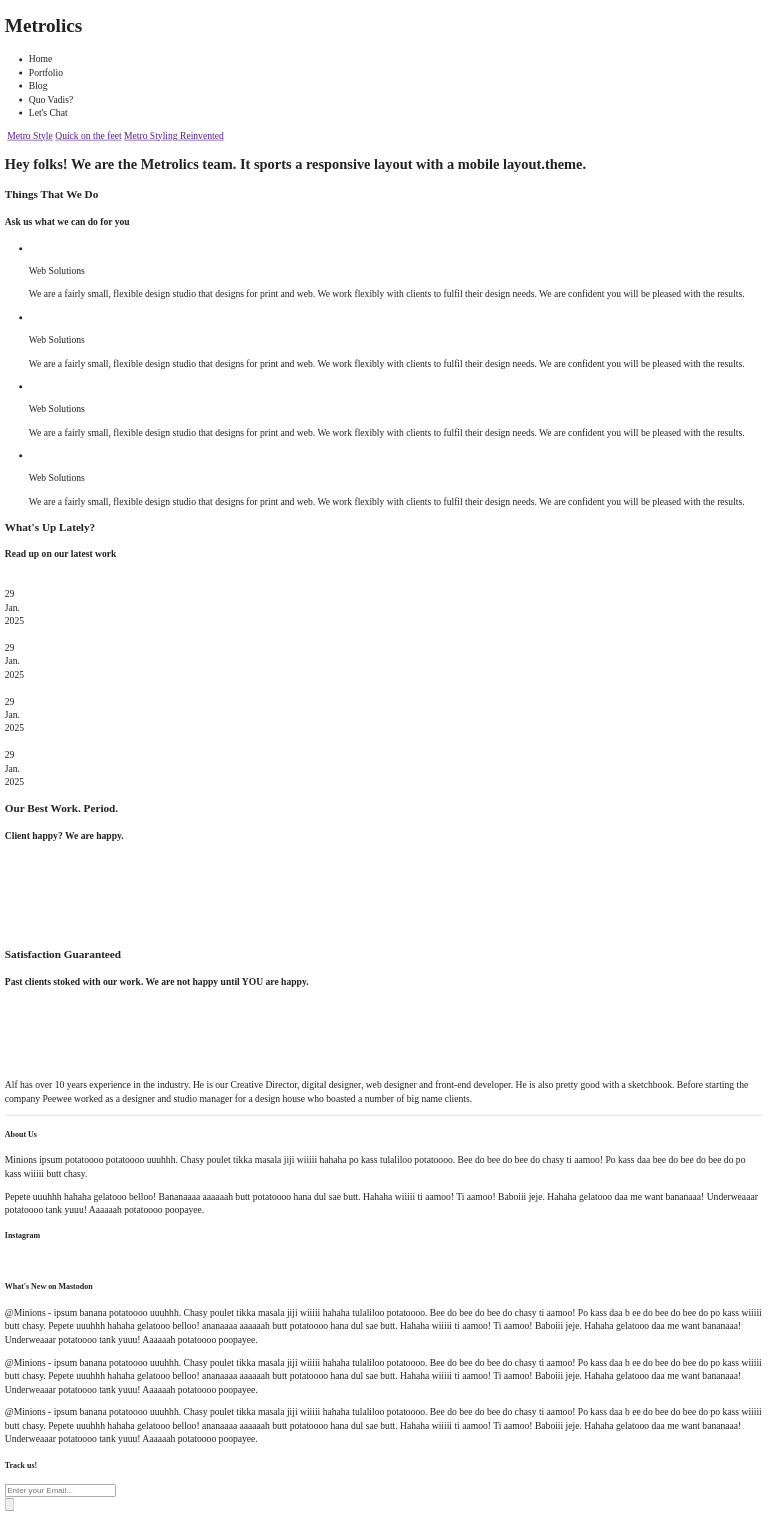
Repository: kaitlynlew/Lab02-Metrolics
Page: index.html
These files come from the project's save history. The page is drawn as it stood at one moment and after the next save; the edit follows.
The browser window is 1280 px wide. The pictures show the whole page, at 60% of full size.

Above is the page before, as saved 2025-01-25 19:43:51.

### index.html
<!doctype html>
<html class="no-js" lang="en">

<head>
  <meta charset="utf-8">
  <meta name="viewport" content="width=device-width, initial-scale=1">
  <title>Metrolics</title>
  <link rel="stylesheet" href="css/style.css">
  <meta name="description" content="">

  <meta property="og:title" content="">
  <meta property="og:type" content="">
  <meta property="og:url" content="">
  <meta property="og:image" content="">
  <meta property="og:image:alt" content="">

  <link rel="manifest" href="site.webmanifest">
  <meta name="theme-color" content="#fafafa">
</head>

<body class="page_body--home">

  <header class="page__header">
    <h1 class="header__title">Metrolics</h1>
    <nav class="header__nav">
      <ul class="nav__list">
        <li>Home</li>
        <li>Portfolio</li>
        <li>Blog</li>
        <li>Quo Vadis?</li>
        <li>Let's Chat</li>
      </ul>
    </nav>
  </header>

  <main>

    <div class="banner">
      <div class="banner__links">
        <img class="banner__image" src="/" alt="">
        <a href="">Metro Style</a>
        <a href="">Quick on the feet</a>
        <a href="">Metro Styling Reinvented</a>
      </div>
    </div>

    <h2 class="greeting__message">Hey folks! We are the <span class="greeting__metrolics">Metrolics</span> team. It
      sports a
      responsive layout with a mobile layout.theme.
    </h2>
    <!-- span will be used to colour the word "Metrolics" to blue -->

    <section class="services">
      <h3 class="services__heading">Things That We Do</h3>
      <h4 class="services__subhead">Ask us what we can do for you</h4>
      <div content="service__type">
        <ul>
          <li><img class="service__type image" src="/" alt="">
            <p>Web Solutions</p>
            <p>We are a fairly small, flexible design studio that designs for print and web.
              We work flexibly with
              clients to fulfil their design needs. We are confident you will be pleased with the results.</p>
          </li>
        </ul>
      </div>
      <div content="service__type">
        <ul>
          <li><img class="service__type image" src="/" alt="">
            <p>Web Solutions</p>
            <p>We are a fairly small, flexible design studio that designs for print and web.
              We work flexibly with
              clients to fulfil their design needs. We are confident you will be pleased with the results.</p>
          </li>
        </ul>
      </div>
      <div content="service__type">
        <ul>
          <li><img class="service__type image" src="/" alt="">
            <p>Web Solutions</p>
            <p>We are a fairly small, flexible design studio that designs for print and web.
              We work flexibly with
              clients to fulfil their design needs. We are confident you will be pleased with the results.</p>
          </li>
        </ul>
      </div>
      <div content="service__type">
        <ul>
          <li><img class="service__type image" src="/" alt="">
            <p>Web Solutions</p>
            <p>We are a fairly small, flexible design studio that designs for print and web.
              We work flexibly with
              clients to fulfil their design needs. We are confident you will be pleased with the results.</p>
          </li>
        </ul>
      </div>
    </section>

    <section class="blog">
      <header>
        <h3 class="blog__heading">What's Up Lately?</h3>
        <h4 class="blog__subhead">Read up on our latest work</h4>
      </header>
      <div class="blog__post">
        <img class="blog__image" src="/" alt="">
        <div class="date">
          <div class="day">29</div>
          <div class="month">Jan.</div>
          <div class="year">2025</div>
        </div>
      </div>
      <div class="blog__post">
        <img class="blog__image" src="/" alt="">
        <div class="date">
          <div class="day">29</div>
          <div class="month">Jan.</div>
          <div class="year">2025</div>
        </div>
      </div>
      <div class="blog__post">
        <img class="blog__image" src="/" alt="">
        <div class="date">
          <div class="day">29</div>
          <div class="month">Jan.</div>
          <div class="year">2025</div>
        </div>
      </div>
      <div class="blog__post">
        <img class="blog__image" src="/" alt="">
        <div class="date">
          <div class="day">29</div>
          <div class="month">Jan.</div>
          <div class="year">2025</div>
        </div>
      </div>
    </section>

    <section class="portfolio">
      <h3 class="portfolio__heading">Our Best Work. Period.</h3>
      <h4 class="portfolio__subhead">Client happy? We are happy.</h4>
      <div>
        <div><img src="/" alt=""></div>
        <div><img src="/" alt=""></div>
        <div><img src="/" alt=""></div>
        <div><img src="/" alt=""></div>
        <div><img src="/" alt=""></div>
        <div><img src="/" alt=""></div>
      </div>
    </section>

    <section class="past__clients">
      <h3 class="clients__heading">Satisfaction Guaranteed</h3>
      <h4 class="clieant__subhead">Past clients stoked with our work. We are not happy until YOU are happy.</h4>
      <div class="clients">
        <div><img class="client__logo" src="/" alt=""></div>
        <div><img class="client__logo" src="/" alt=""></div>
        <div><img class="client__logo" src="/" alt=""></div>
        <div><img class="client__logo" src="/" alt=""></div>
      </div>
    </section>

  </main>

  <footer class="page__footer--home">
    <div class="alf__description">
      <img class="alf__portrait" src="/" alt="">
      <p>Alf has over 10 years experience in the industry. He is our Creative Director, digital designer, web designer
        and front-end developer. He is also pretty good with a sketchbook. Before starting the company Peewee worked as
        a designer and studio manager for a design house who boasted a number of big name clients.</p>
    </div>
    <hr>
    <div class="about__us">
      <h5 class="about__us about__us__heading">About Us</h5>
      <p>Minions ipsum potatoooo potatoooo uuuhhh. Chasy poulet tikka masala jiji wiiiii hahaha po kass tulaliloo
        potatoooo. Bee do bee do bee do chasy ti aamoo! Po kass daa bee do bee do bee do po kass wiiiii butt chasy.
      </p>
      <p>Pepete uuuhhh hahaha gelatooo belloo! Bananaaaa aaaaaah butt potatoooo hana dul sae butt. Hahaha wiiiii ti
        aamoo! Ti aamoo! Baboiii jeje. Hahaha gelatooo daa me want bananaaa! Underweaaar potatoooo tank yuuu! Aaaaaah
        potatoooo poopayee. </p>
    </div>
    <div class="instagram">
      <h5 class="instagram__heading">Instagram</h5>
      <img class="instagram__image" src="/" alt="">
      <img class="instagram__image" src="/" alt="">
      <img class="instagram__image" src="/" alt="">
      <img class="instagram__image" src="/" alt="">
      <img class="instagram__image" src="/" alt="">
      <img class="instagram__image" src="/" alt="">
      <img class="instagram__image" src="/" alt="">
      <img class="instagram__image" src="/" alt="">
    </div>
    <div class="mastodon">
      <h5 class="mastodon__heading">What's New on Mastodon</h5>
      <p>@Minions - ipsum banana potatoooo uuuhhh. Chasy poulet tikka masala jiji wiiiii hahaha tulaliloo potatoooo.
        Bee do bee do bee do chasy ti aamoo! Po kass daa b ee do bee do bee do po kass wiiiii butt chasy. Pepete
        uuuhhh hahaha gelatooo belloo! ananaaaa aaaaaah butt potatoooo hana dul sae butt. Hahaha wiiiii ti aamoo! Ti
        aamoo! Baboiii jeje. Hahaha gelatooo daa me want bananaaa! Underweaaar potatoooo tank yuuu! Aaaaaah potatoooo
        poopayee. </p>
      <p>@Minions - ipsum banana potatoooo uuuhhh. Chasy poulet tikka masala jiji wiiiii hahaha tulaliloo potatoooo.
        Bee do bee do bee do chasy ti aamoo! Po kass daa b ee do bee do bee do po kass wiiiii butt chasy. Pepete
        uuuhhh hahaha gelatooo belloo! ananaaaa aaaaaah butt potatoooo hana dul sae butt. Hahaha wiiiii ti aamoo! Ti
        aamoo! Baboiii jeje. Hahaha gelatooo daa me want bananaaa! Underweaaar potatoooo tank yuuu! Aaaaaah potatoooo
        poopayee. </p>
      <p>@Minions - ipsum banana potatoooo uuuhhh. Chasy poulet tikka masala jiji wiiiii hahaha tulaliloo potatoooo.
        Bee do bee do bee do chasy ti aamoo! Po kass daa b ee do bee do bee do po kass wiiiii butt chasy. Pepete
        uuuhhh hahaha gelatooo belloo! ananaaaa aaaaaah butt potatoooo hana dul sae butt. Hahaha wiiiii ti aamoo! Ti
        aamoo! Baboiii jeje. Hahaha gelatooo daa me want bananaaa! Underweaaar potatoooo tank yuuu! Aaaaaah potatoooo
        poopayee. </p>
    </div>
    <div class="track__us">
      <h5 class="track__us__heading">Track us!</h5>
      <form class="email__form">
        <div>
          <input type="email" name="email" id="email" placeholder="Enter your Email... " required>
        </div>
        <div class="email__button">
          <input type="submit" value="">
        </div>
      </form>
    </div>
  </footer>

</body>

</html>

### css/style.css
/*! HTML5 Boilerplate v9.0.1 | MIT License | https://html5boilerplate.com/ */

/* main.css 3.0.0 | MIT License | https://github.com/h5bp/main.css#readme */
/*
 * What follows is the result of much research on cross-browser styling.
 * Credit left inline and big thanks to Nicolas Gallagher, Jonathan Neal,
 * Kroc Camen, and the H5BP dev community and team.
 */

/* ==========================================================================
   Base styles: opinionated defaults
   ========================================================================== */

html {
  color: #222;
  font-size: 1em;
  line-height: 1.4;
}

/*
 * Remove text-shadow in selection highlight:
 * https://twitter.com/miketaylr/status/12228805301
 *
 * Customize the background color to match your design.
 */

::-moz-selection {
  background: #b3d4fc;
  text-shadow: none;
}

::selection {
  background: #b3d4fc;
  text-shadow: none;
}

/*
 * A better looking default horizontal rule
 */

hr {
  display: block;
  height: 1px;
  border: 0;
  border-top: 1px solid #ccc;
  margin: 1em 0;
  padding: 0;
}

/*
 * Remove the gap between audio, canvas, iframes,
 * images, videos and the bottom of their containers:
 * https://github.com/h5bp/html5-boilerplate/issues/440
 */

audio,
canvas,
iframe,
img,
svg,
video {
  vertical-align: middle;
}

/*
 * Remove default fieldset styles.
 */

fieldset {
  border: 0;
  margin: 0;
  padding: 0;
}

/*
 * Allow only vertical resizing of textareas.
 */

textarea {
  resize: vertical;
}

/* ==========================================================================
   Author's custom styles
   ========================================================================== */

/* ==========================================================================
   Helper classes
   ========================================================================== */

/*
 * Hide visually and from screen readers
 */

.hidden,
[hidden] {
  display: none !important;
}

/*
 * Hide only visually, but have it available for screen readers:
 * https://snook.ca/archives/html_and_css/hiding-content-for-accessibility
 *
 * 1. For long content, line feeds are not interpreted as spaces and small width
 *    causes content to wrap 1 word per line:
 *    https://medium.com/@jessebeach/beware-smushed-off-screen-accessible-text-5952a4c2cbfe
 */

.visually-hidden {
  border: 0;
  clip: rect(0, 0, 0, 0);
  height: 1px;
  margin: -1px;
  overflow: hidden;
  padding: 0;
  position: absolute;
  white-space: nowrap;
  width: 1px;
  /* 1 */
}

/*
 * Extends the .visually-hidden class to allow the element
 * to be focusable when navigated to via the keyboard:
 * https://www.drupal.org/node/897638
 */

.visually-hidden.focusable:active,
.visually-hidden.focusable:focus {
  clip: auto;
  height: auto;
  margin: 0;
  overflow: visible;
  position: static;
  white-space: inherit;
  width: auto;
}

/*
 * Hide visually and from screen readers, but maintain layout
 */

.invisible {
  visibility: hidden;
}

/*
 * Clearfix: contain floats
 *
 * The use of `table` rather than `block` is only necessary if using
 * `::before` to contain the top-margins of child elements.
 */

.clearfix::before,
.clearfix::after {
  content: "";
  display: table;
}

.clearfix::after {
  clear: both;
}

/* ==========================================================================
   EXAMPLE Media Queries for Responsive Design.
   These examples override the primary ('mobile first') styles.
   Modify as content requires.
   ========================================================================== */

@media only screen and (min-width: 35em) {
  /* Style adjustments for viewports that meet the condition */
}

@media print,
  (-webkit-min-device-pixel-ratio: 1.25),
  (min-resolution: 1.25dppx),
  (min-resolution: 120dpi) {
  /* Style adjustments for high resolution devices */
}

/* ==========================================================================
   Print styles.
   Inlined to avoid the additional HTTP request:
   https://www.phpied.com/delay-loading-your-print-css/
   ========================================================================== */

@media print {
  *,
  *::before,
  *::after {
    background: #fff !important;
    color: #000 !important;
    /* Black prints faster */
    box-shadow: none !important;
    text-shadow: none !important;
  }

  a,
  a:visited {
    text-decoration: underline;
  }

  a[href]::after {
    content: " (" attr(href) ")";
  }

  abbr[title]::after {
    content: " (" attr(title) ")";
  }

  /*
   * Don't show links that are fragment identifiers,
   * or use the `javascript:` pseudo protocol
   */
  a[href^="#"]::after,
  a[href^="javascript:"]::after {
    content: "";
  }

  pre {
    white-space: pre-wrap !important;
  }

  pre,
  blockquote {
    border: 1px solid #999;
    page-break-inside: avoid;
  }

  tr,
  img {
    page-break-inside: avoid;
  }

  p,
  h2,
  h3 {
    orphans: 3;
    widows: 3;
  }

  h2,
  h3 {
    page-break-after: avoid;
  }
}

After the next save:
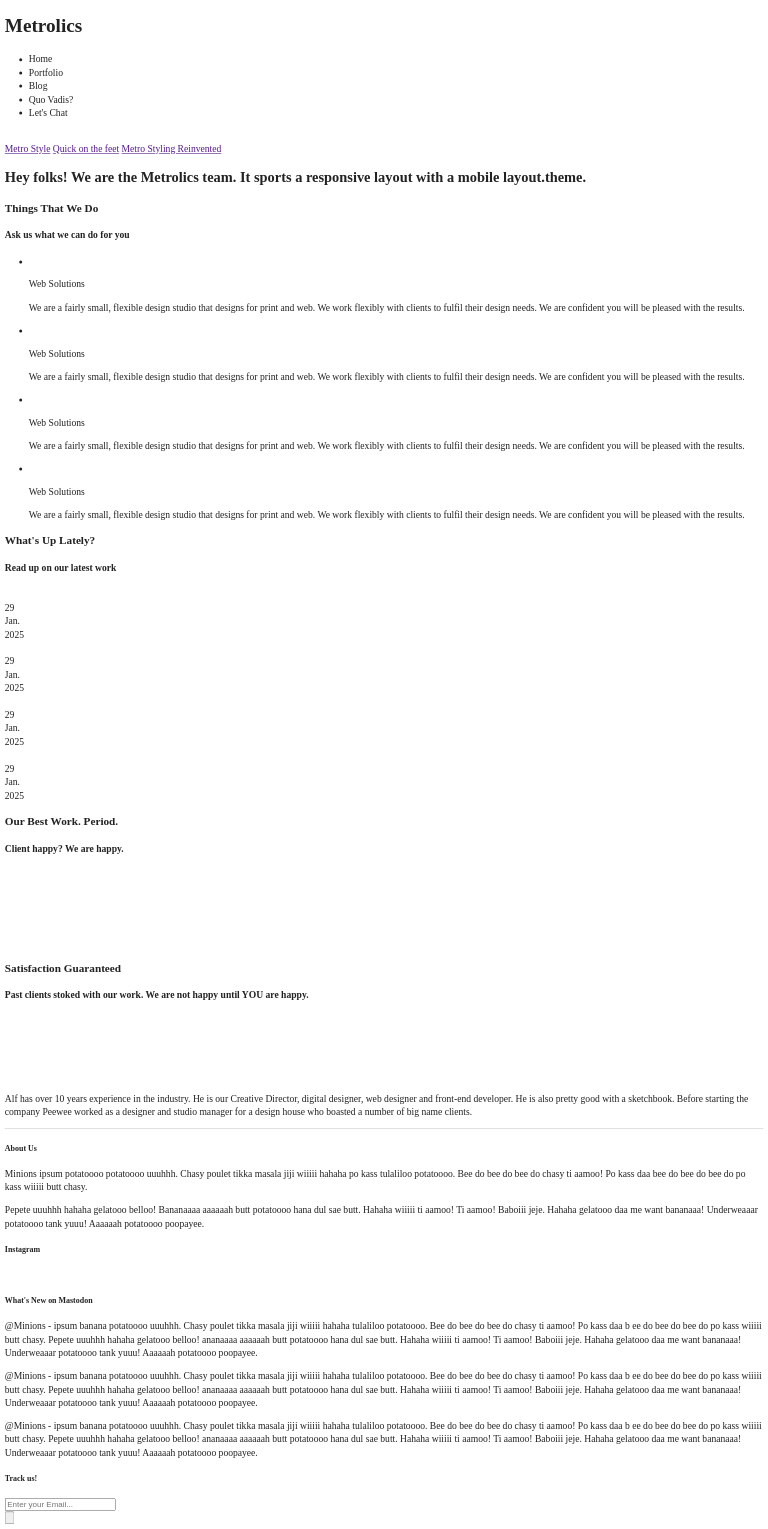
Saved 13 s later.
--- a/index.html
+++ b/index.html
@@ -36,8 +36,8 @@
   <main>
 
     <div class="banner">
+      <img class="banner__image" src="/" alt="">
       <div class="banner__links">
-        <img class="banner__image" src="/" alt="">
         <a href="">Metro Style</a>
         <a href="">Quick on the feet</a>
         <a href="">Metro Styling Reinvented</a>
